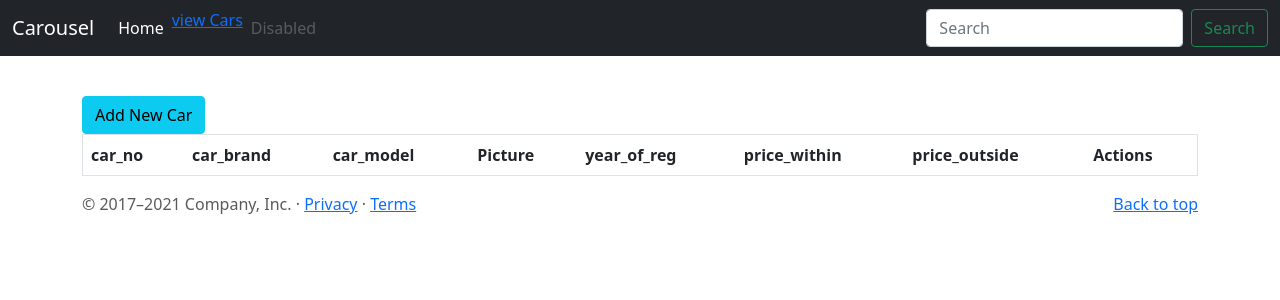
Repository: Cwills21/Aiti-dbc26.1-group-2
Page: http://localhost/cars
An editor plug-in stored every save of this project. The page is shown before and after the next save, followed by the edit.
The browser window is 1280 px wide. The pictures show the whole page.
The page is served by the project's Laravel application, run on PHP 8.4 with Laravel 8. Queries for data that is not in the repository find no rows.

Above is the page before, as saved 2022-03-09 22:59:01.

After the next save:
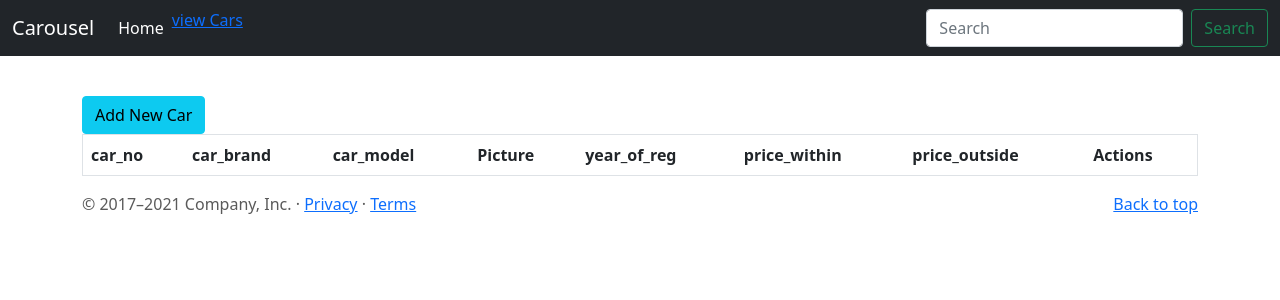
Saved 19 s later.
--- a/resources/views/layout/master.blade.php
+++ b/resources/views/layout/master.blade.php
@@ -103,9 +103,9 @@
           <li class="nav-item">
           <a href="{{ route('showAllCars') }}">view Cars</a>
           </li>
-          <li class="nav-item">
+          <!-- <li class="nav-item">
             <a class="nav-link disabled">Disabled</a>
-          </li>
+          </li> -->
         </ul>
         <form class="d-flex">
           <input class="form-control me-2" type="search" placeholder="Search" aria-label="Search">
